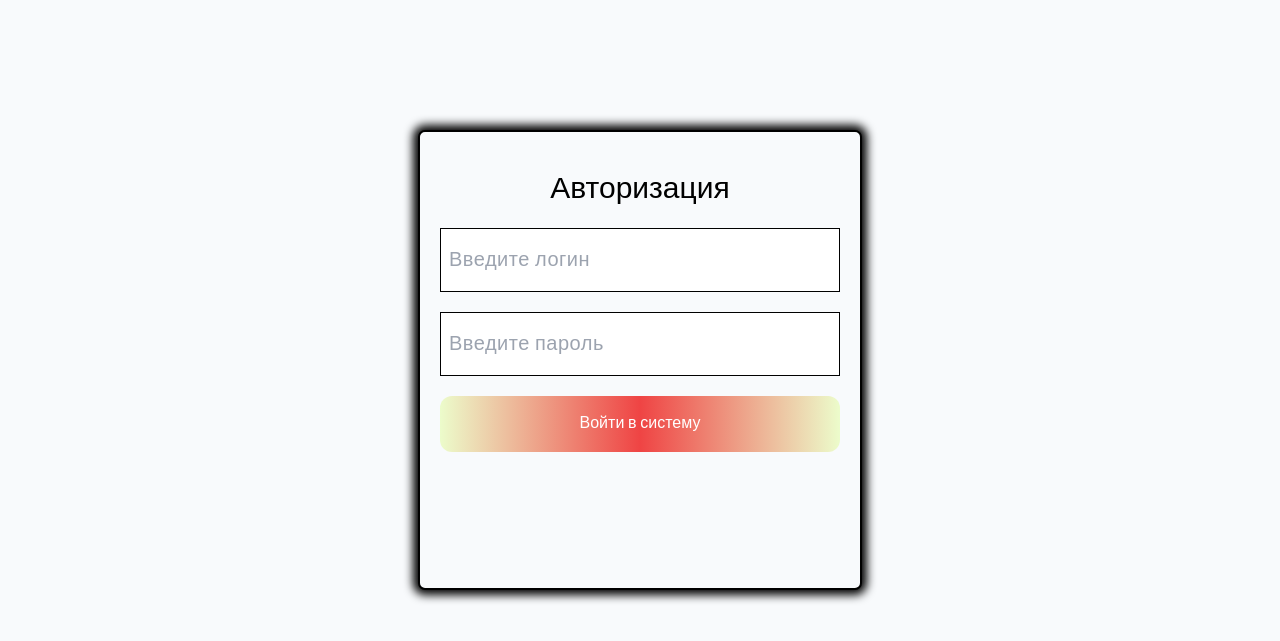
Repository: AlearvickOne/CartridgesApp
Page: /
The author's editor kept a copy of each file at every save. The page is drawn from the files as they stood at one save, then again after the next save.
The browser window is 1280 px wide. The pictures show the whole page.
The page's requests for data from a server got no answer. The project was rebuilt for these pictures with package versions that can differ from the ones it lists, and the page was loaded fresh each time. The framework's server and built-in components were replaced by stand-ins that run in the browser. No one was signed in, and anything a server would have sent is missing. Also part of the build but not shown: next.config.mjs.

Above is the page before, as saved 2024-04-19 15:58:52.

After the next save:
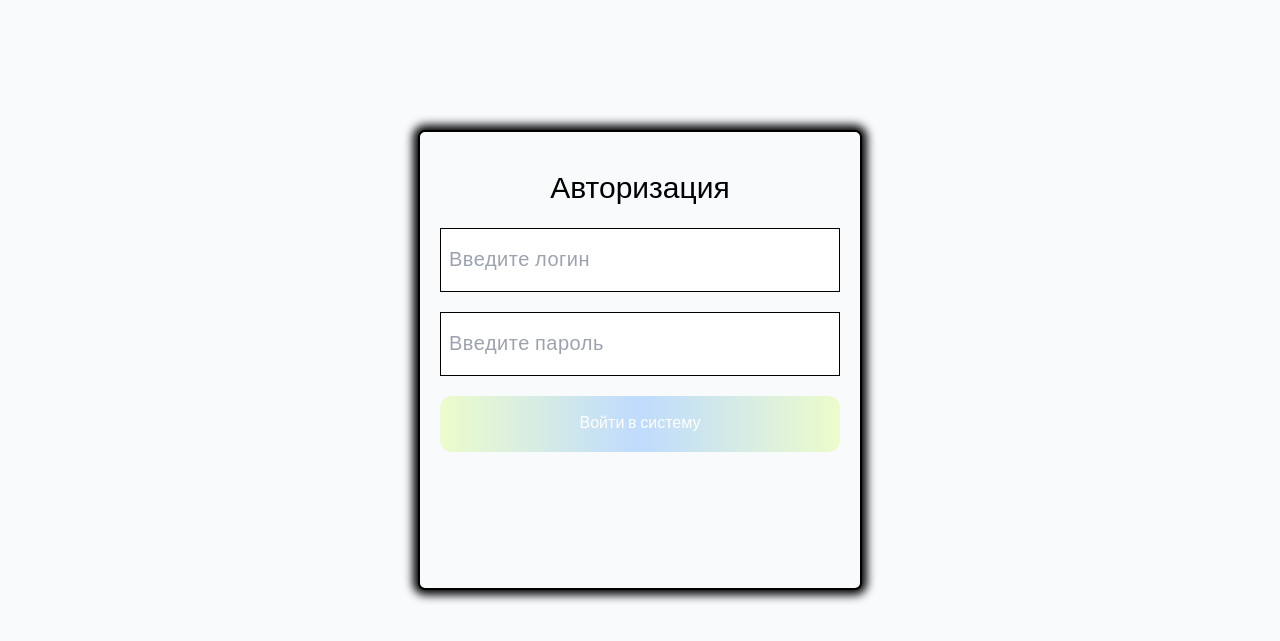
Saved 24 s later.
--- a/src/styles/home/Home.module.scss
+++ b/src/styles/home/Home.module.scss
@@ -16,7 +16,7 @@
       }
 
       > button {
-        @apply p-2 rounded-xl hover:text-violet-200 text-white h-14 bg-gradient-to-r from-lime-100 via-red-500 to-lime-100;
+        @apply p-2 rounded-xl hover:text-violet-200 text-white h-14 bg-gradient-to-r from-lime-100 via-blue-200 to-lime-100;
       }
     }
   }
